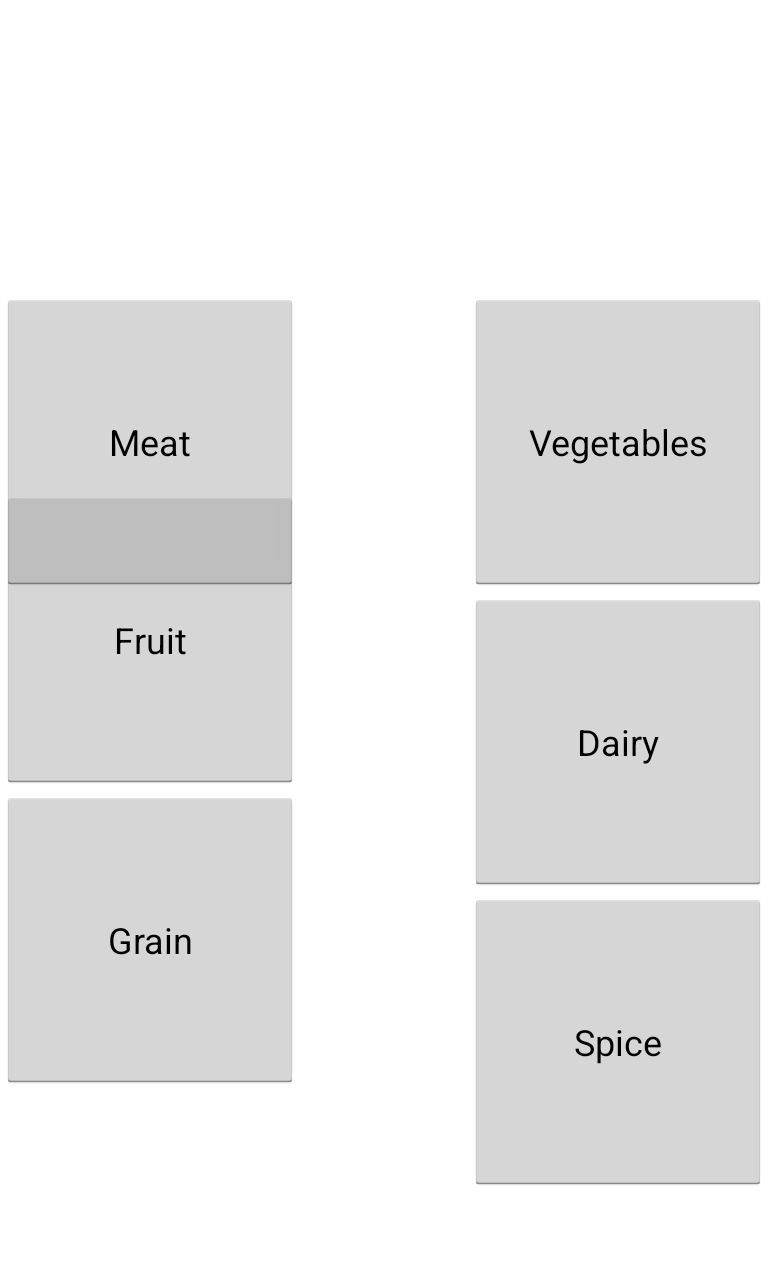
Repository: jmwood22/Boyardroid
Layout: Boyardroid/res/layout/activity_quick_recipe.xml
These files come from the project's save history. The layout is drawn as it stood at one moment and after the next save; the edit follows.
It is drawn on a 768 x 1280 px phone screen (xhdpi) without system bars, with theme AppTheme; the app's code is not run.

Above is the layout before, as saved 2013-02-22 02:01:48.

After the next save:
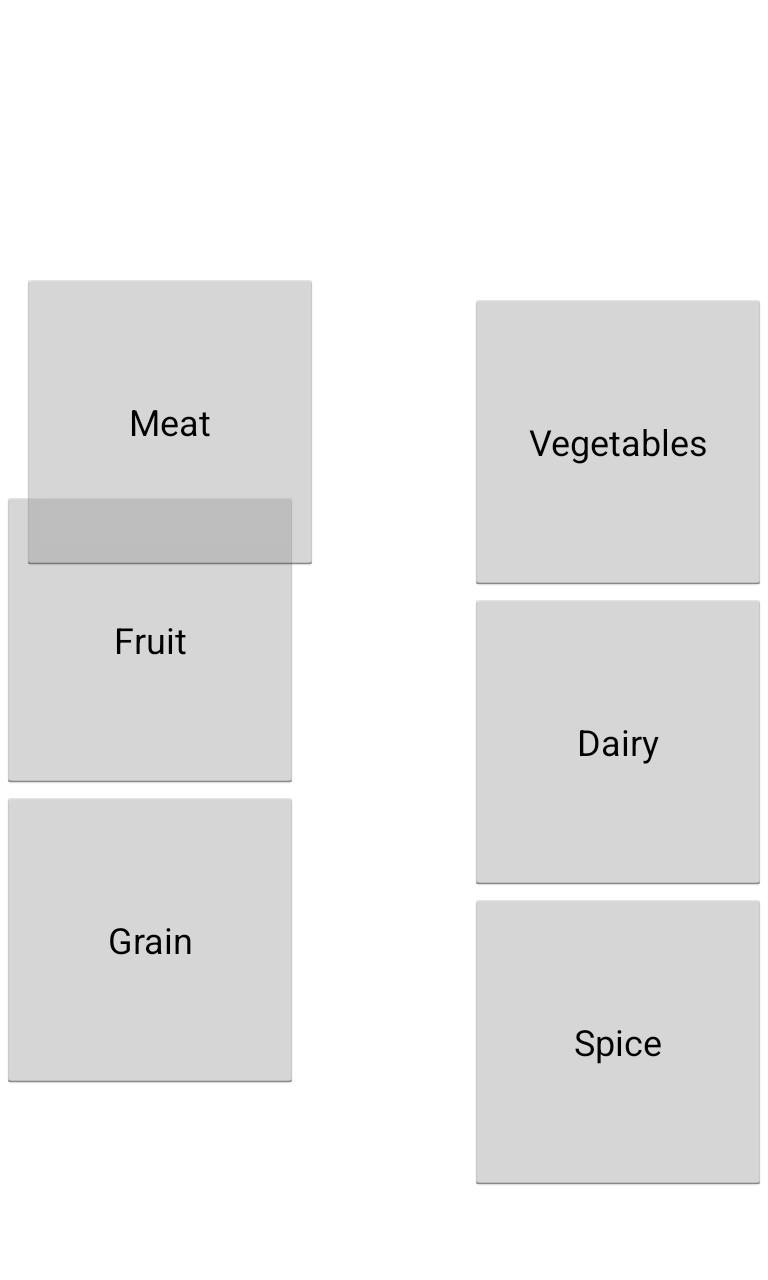
Saved 3 min 1 s later.
--- a/Boyardroid/res/layout/activity_quick_recipe.xml
+++ b/Boyardroid/res/layout/activity_quick_recipe.xml
@@ -35,6 +35,7 @@
         android:layout_height="150dp"
         android:layout_above="@+id/dairy"
         android:layout_alignParentLeft="true"
+        android:layout_margin="10dip"
         android:text="@string/meat" />
 
     <Button
